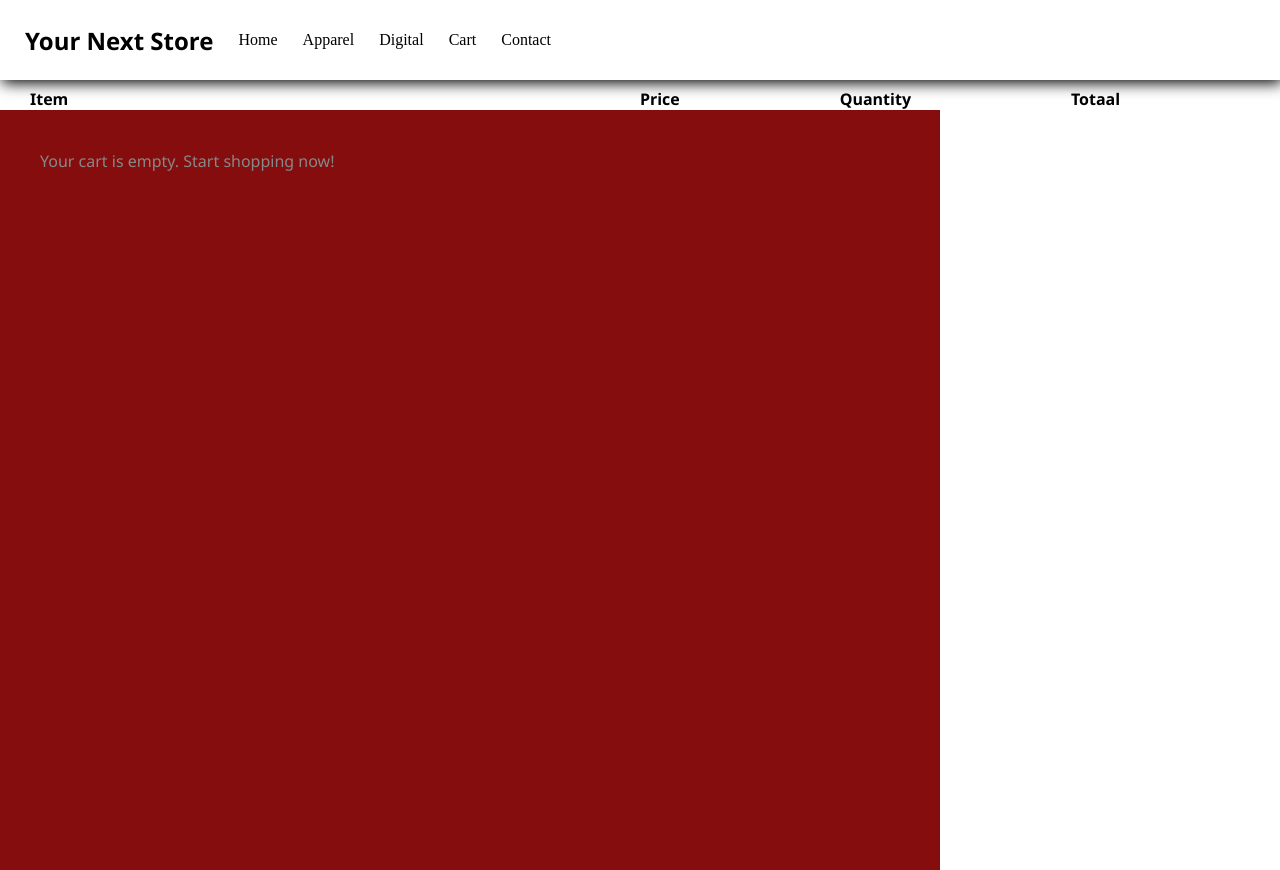
Repository: Sharathguru/React_Project1
Page: /cart
These files come from the project's save history. The page is drawn as it stood at one moment and after a run of saves; the edit follows.
The browser window is 1280 px wide. The pictures show the whole page.
The project was rebuilt for these pictures with package versions that can differ from the ones it lists, and the page was loaded fresh each time. Also part of the build but not shown: vite.config.js, src/Component/Main/Main1.jsx, src/Component/Main/Cloud.jsx, src/Component/Home.jsx, src/Component/NavbarComponent/Apparel.jsx, src/Component/NavbarComponent/Digital.jsx, src/Component/Contact.jsx, src/Component/Main/Signup.jsx and 3 more.

Above is the page before, as saved 2025-01-17 10:57:16.

After the next 2 saves:
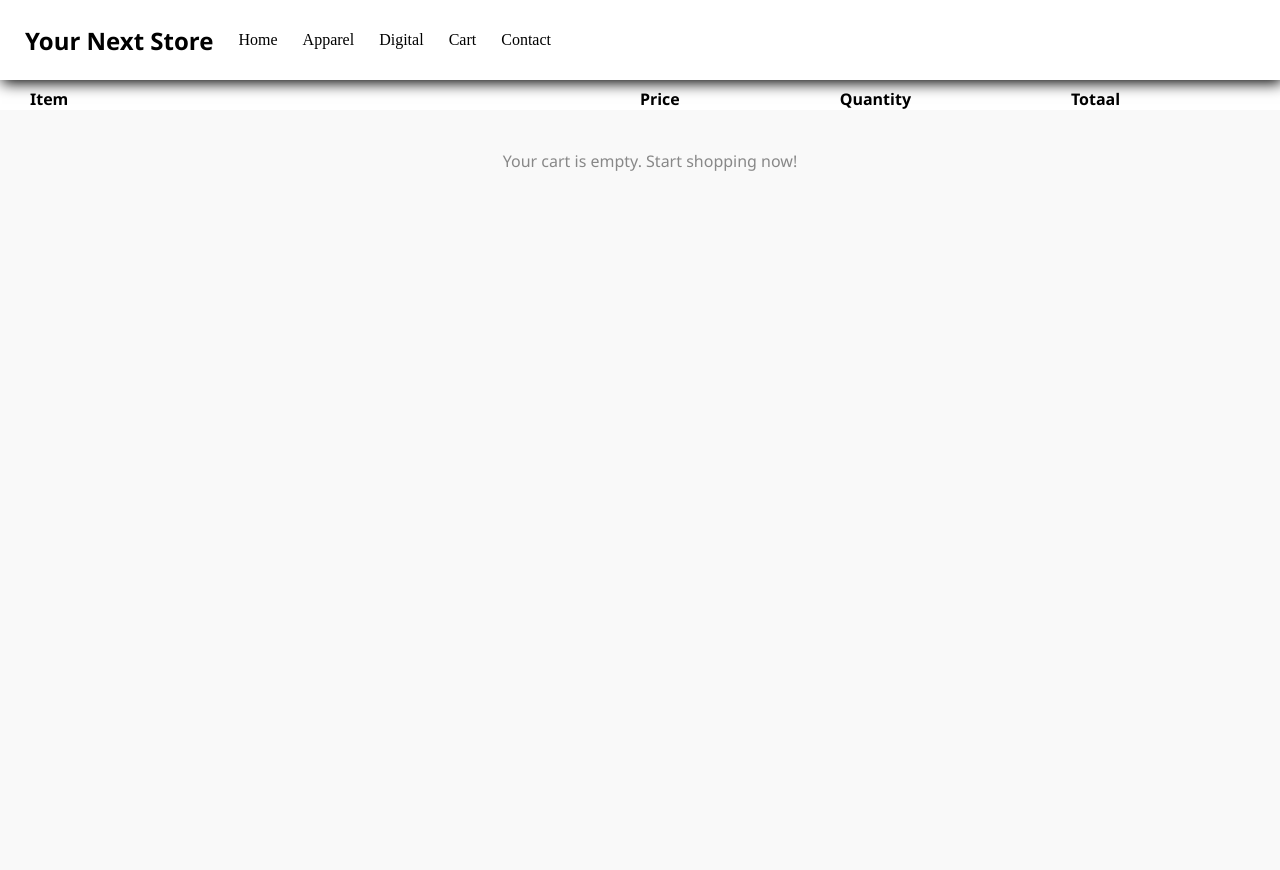
The 2 saves are shown as one change because they came seconds apart.
The last was saved 6 s later.
--- a/src/App.css
+++ b/src/App.css
@@ -570,11 +570,8 @@ button[type="submit"]:hover {
 /* Cart Container */
 #cart-content {
   padding: 20px;
-  background-color: #850d0d;
+  background-color: #f9f9f9;
   min-height: 100vh;
-  display: flex;
-  width: 900px;
-
 }
 
 #cart-content h1 {
@@ -585,7 +582,6 @@ button[type="submit"]:hover {
 }
 
 .cart-item {
-  w
   display: flex;
   align-items: center;
   justify-content: space-between;
